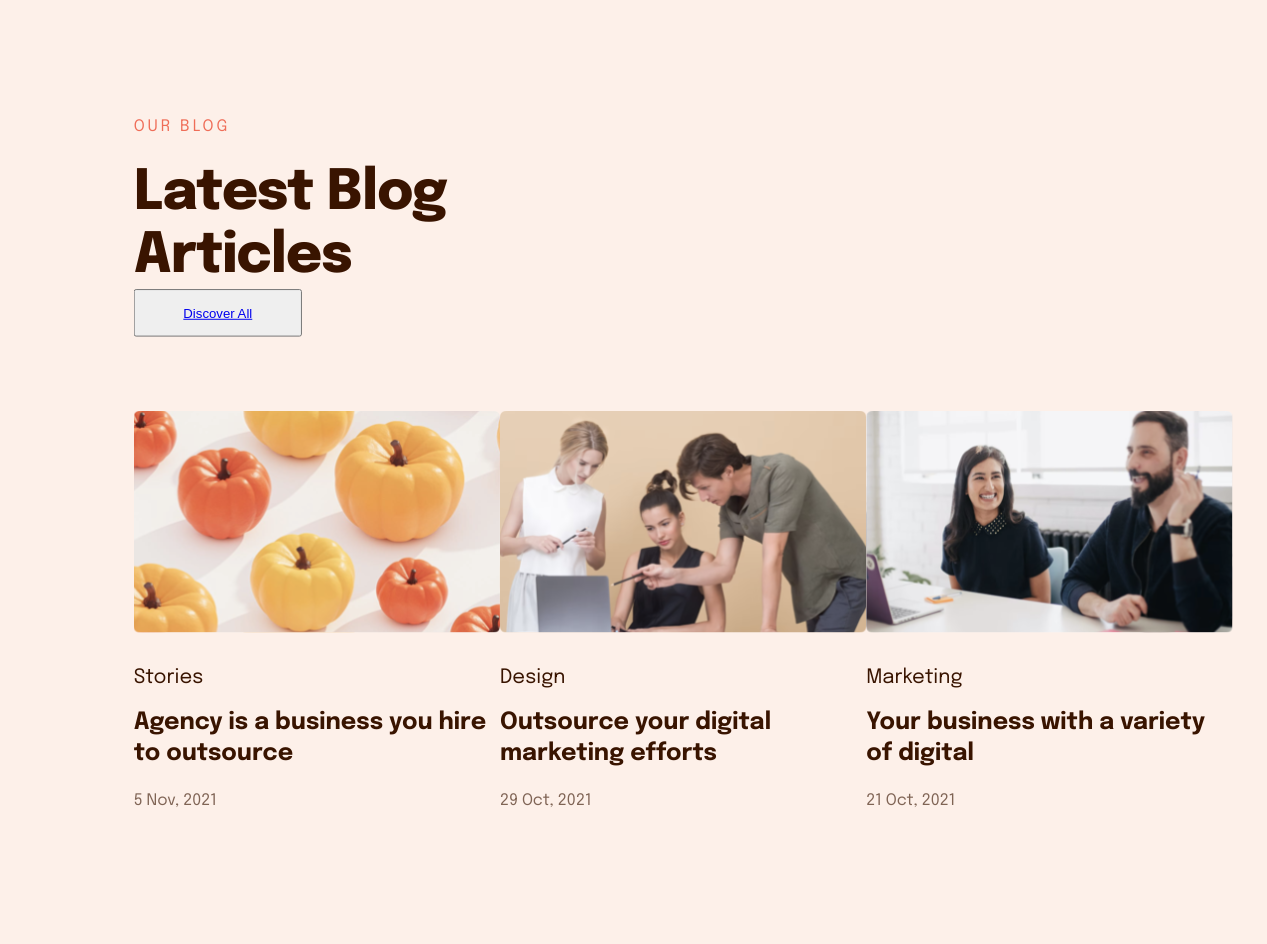
Repository: qafqazly123/websayt-1
Page: blogPage/index.html
These files come from the project's save history. The page is drawn as it stood at one moment and after the next save; the edit follows.
The browser window is 1280 px wide. The pictures show the whole page, at 99% of full size.

Above is the page before, as saved 2023-12-19 15:19:10.

After the next save:
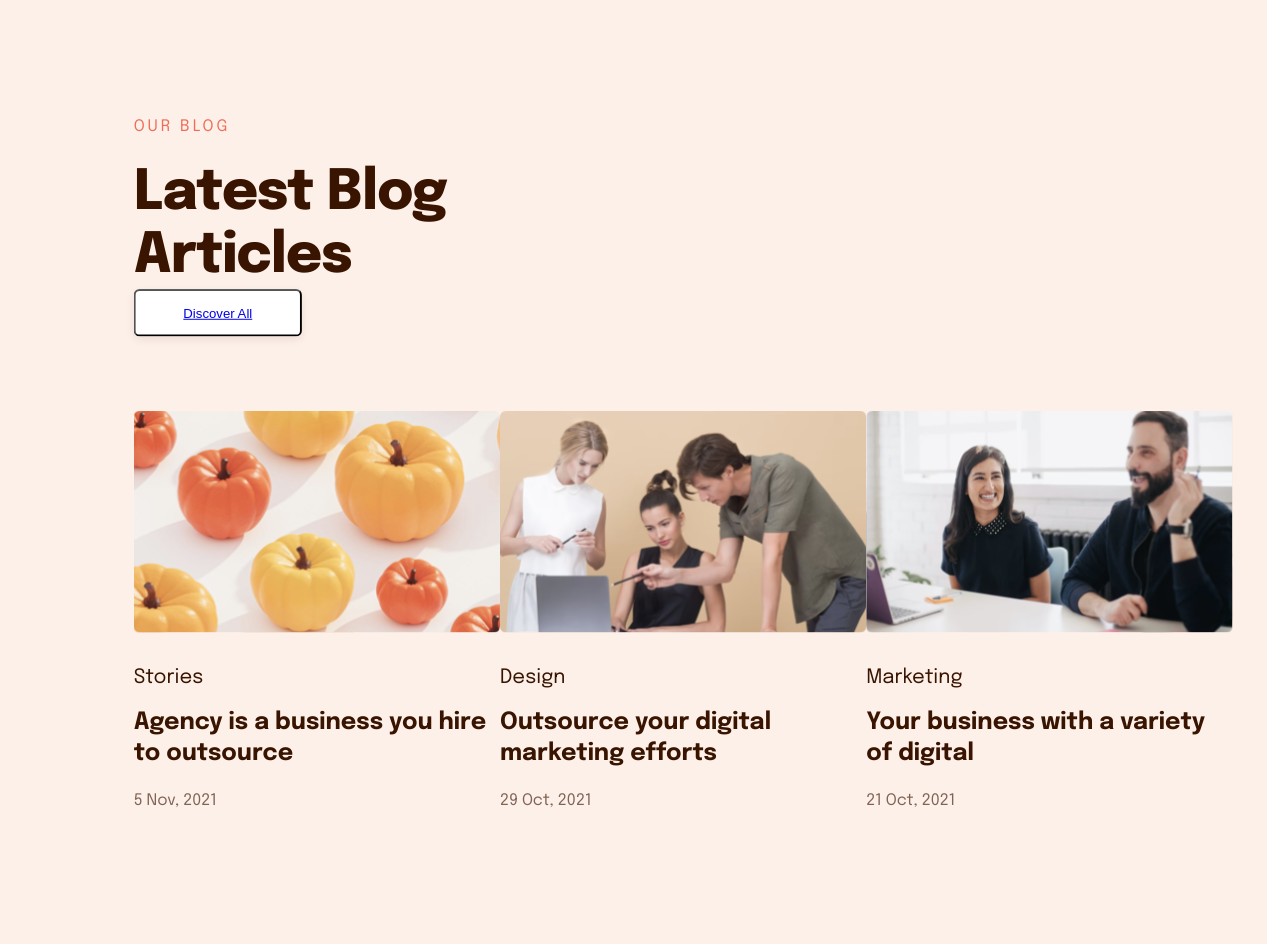
Saved 7 s later.
--- a/blogPage/index.css
+++ b/blogPage/index.css
@@ -85,5 +85,7 @@
 button{
     width: 170px;
 height: 48px;
-
+border-radius: 6px;
+background: #FFF;
+box-shadow: 0px 3px 9px 0px rgba(57, 20, 0, 0.08);
 }
